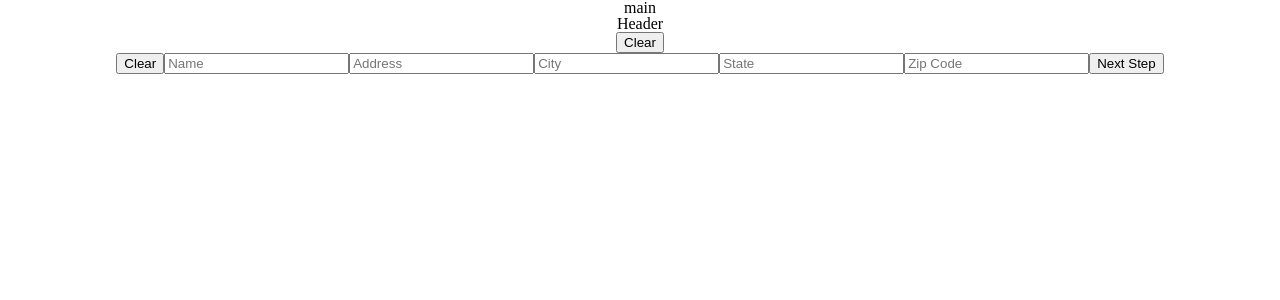
Repository: ooter37/houser
Page: /#/wizard
An editor plug-in stored every save of this project. The page is shown before and after the next save, followed by the edit.
The browser window is 1280 px wide. The pictures show the whole page.
The project was rebuilt for these pictures with package versions that can differ from the ones it lists, and the page was loaded fresh each time. Also part of the build but not shown: src/Components/Wizard/Steps/StepTwo.js, src/Components/Wizard/Steps/StepThree.js, src/Components/House/House.js, src/Components/Dashboard/Dashboard.js.

Above is the page before, as saved 2020-04-10 16:30:12.

### src/App.js
import './App.css';
import './reset.css'
import React from 'react';
import { HashRouter } from 'react-router-dom'
import routes from './routes'

import Header from './Components/Header/Header'

function App() {
  return (
    <HashRouter>

    <div className="App">
      main
      <Header />
      {routes}

    </div>
    </HashRouter>
  );
}

export default App;

### src/routes.js
import React from 'react'
import {Switch, Route} from 'react-router-dom'

import Wizard from './Components/Wizard/Wizard'
import Dashboard from './Components/Dashboard/Dashboard'
import StepOne from '../src/Components/Wizard/Steps/StepOne'
import StepTwo from '../src/Components/Wizard/Steps/StepTwo'
import StepThree from '../src/Components/Wizard/Steps/StepThree'

export default (
    <Switch>
        <Route exact path='/' component={Dashboard}/>
        <Route exact path='/wizard' component={Wizard}/>
        <Route exact path='/wizard/step1' component={StepOne}/>
        <Route exact path='/wizard/step2' component={StepTwo}/>
        <Route exact path='/wizard/step3' component={StepThree}/>
    </Switch>
)

### src/Components/Header/Header.js
import React from 'react'

export default class Header extends React.Component {
    render() {
        return (
        <div>
            Header
        </div>
        )
    }
}

### src/Components/Wizard/Wizard.js
import React from "react";
import { Link, Route, Switch } from "react-router-dom"
import store, {CLEAR} from '../../store'

import StepOne from './Steps/StepOne'
import StepTwo from './Steps/StepTwo'
import StepThree from './Steps/StepThree'


export default class Wizard extends React.Component {

  clear() {
    store.dispatch({
      type: CLEAR
    })
  }

  render() {
    return (
      <div>
        <Link to="/">
          <button onClick={() => this.clear()}>Clear</button>
        </Link>
        <StepOne clear={this.clear}/>
<Switch>

          <Route path='/wizard/step1' component={StepOne}/>
          <Route path='/wizard/step2' component={StepTwo}/>
          <Route path='/wizard/step3' component={StepThree}/>
</Switch>

      </div>
    );
  }
}

### src/Components/Wizard/Steps/StepOne.js
import React from "react";
import { Link } from "react-router-dom";
import store, { STEP_ONE } from "../../../store";

export default class StepOne extends React.Component {
  constructor(props) {
    super(props);
    const reduxState = store.getState();
    this.state = {
      name: reduxState.name,
      address: reduxState.address,
      city: reduxState.city,
      state: reduxState.state,
      zip: reduxState.zip,
    };
    this.nextStep = this.nextStep.bind(this);
  }

  componentDidMount() {
    store.subscribe(() => {
      const reduxState = store.getState();
      this.setState({
        name: reduxState.name,
        address: reduxState.address,
        city: reduxState.city,
        state: reduxState.state,
        zip: reduxState.zip,
      });
    });
  }

  nameChangeHandler(e) {
    this.setState({
      name: e.target.value,
    });
  }
  addressChangeHandler(e) {
    this.setState({
      address: e.target.value,
    });
  }
  cityChangeHandler(e) {
    this.setState({
      city: e.target.value,
    });
  }
  stateChangeHandler(e) {
    this.setState({
      state: e.target.value,
    });
  }
  zipChangeHandler(e) {
    this.setState({
      zip: e.target.value,
    });
  }

  nextStep() {
    store.dispatch({
      type: STEP_ONE,
      payload: this.state,
    });
  }

  render() {
    return (
      <div>
          <button onClick={() => {
              this.props.clearButton()
              const reduxState = store.getState();
              console.log(reduxState);
              }}>
            Clear
          </button>
        <input
          name="house-name"
          type="text"
          value={this.state.name}
          onChange={(e) => this.nameChangeHandler(e)}
          placeholder="Name"
        />

        <input
          name="address"
          type="text"
          value={this.state.address}
          onChange={(e) => this.addressChangeHandler(e)}
          placeholder="Address"
        />

        <input
          name="city"
          type="text"
          value={this.state.city}
          onChange={(e) => this.cityChangeHandler(e)}
          placeholder="City"
        />

        <input
          name="state"
          type="text"
          value={this.state.state}
          onChange={(e) => this.stateChangeHandler(e)}
          placeholder="State"
        />

        <input
          name="zip"
          type="text"
          value={this.state.zip}
          onChange={(e) => this.zipChangeHandler(e)}
          placeholder="Zip Code"
        />
        <Link to="/wizard/step2">
          <button
            onClick={() => {
              this.nextStep();
              const reduxState = store.getState();
              console.log(reduxState);
            }}
          >
            Next Step
          </button>
        </Link>
      </div>
    );
  }
}

### src/store.js
import { createStore } from "redux";

const initialState = {
  name: "",
  address: "",
  city: "",
  state: "",
  zip: "",
  img: "",
  mortgage: "",
  rent: "",
};

export const STEP_ONE = "STEP_ONE";
export const STEP_TWO = "STEP_TWO";
export const STEP_THREE = "STEP_THREE";
export const CLEAR = "CLEAR";

function reducer(state = initialState, action) {
  switch (action.type) {
    case STEP_ONE:
      return {
        name: action.payload.name,
        address: action.payload.address,
        city: action.payload.city,
        state: action.payload.state,
        zip: action.payload.zip,
      };
    case STEP_TWO:
      return {
        ...state,
        img: action.payload.img,
      };
    case STEP_THREE:
      return {
        ...state,
        mortgage: action.payload.mortgage,
        rent: action.payload.rent,
      };
    case CLEAR:
      return {
        name: "",
        address: "",
        city: "",
        state: "",
        img: "",
        mortgage: "",
        rent: "",
      };
    default:
      return state;
  }
}

export default createStore(reducer);

Loaded but not shown: public/index.html (common file); src/index.js (common file); src/index.css (common file); src/serviceWorker.js (common file); src/App.css (common file); src/reset.css (common file)

After the next save:
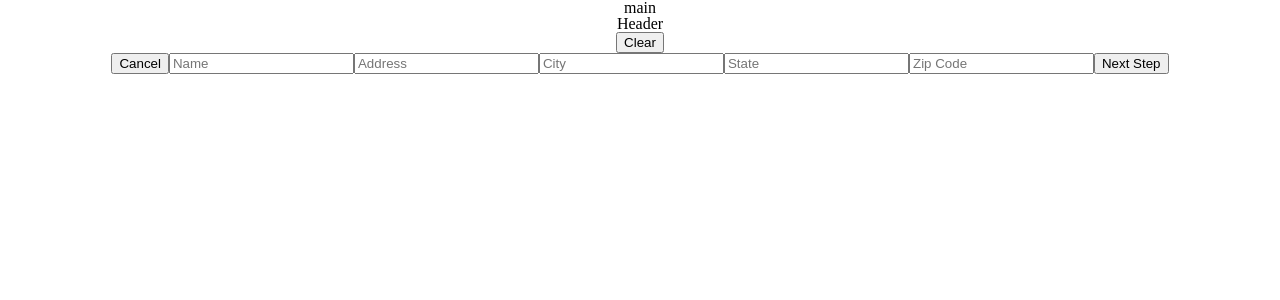
Saved 27 s later.
--- a/src/Components/Wizard/Steps/StepOne.js
+++ b/src/Components/Wizard/Steps/StepOne.js
@@ -65,12 +65,8 @@ export default class StepOne extends React.Component {
   render() {
     return (
       <div>
-          <button onClick={() => {
-              this.props.clearButton()
-              const reduxState = store.getState();
-              console.log(reduxState);
-              }}>
-            Clear
+          <button onClick={() => this.props.clear()}>
+            Cancel
           </button>
         <input
           name="house-name"
